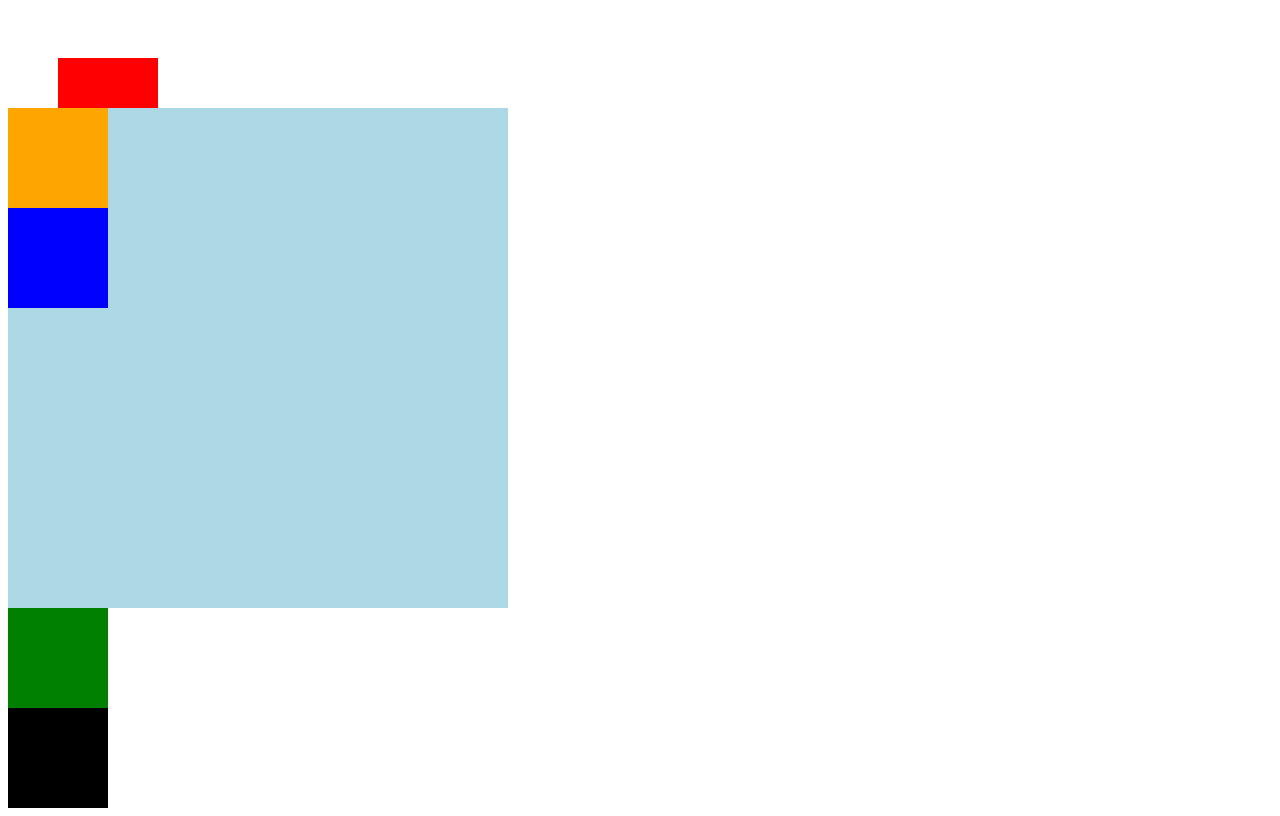
Repository: andiausrust/css-traversy
Page: positioning/index.html
These files come from the project's save history. The page is drawn as it stood at one moment and after the next save; the edit follows.
The browser window is 1280 px wide. The pictures show the whole page.

Above is the page before, as saved 2020-08-21 08:01:03.

### positioning/index.html
<!DOCTYPE html>
<html lang="en">
    <head>
        <meta charset="UTF-8" />
        <meta name="viewport" content="width=device-width, initial-scale=1.0" />
        <link rel="stylesheet" href="./css/style.css" />
        <title>Positioning</title>
    </head>
    <body>
        <div id="box-1" class="box"></div>
        <div class="container">
            <div id="box-2" class="box"></div>
            <div id="box-3" class="box"></div>
        </div>
        <div id="box-4" class="box"></div>
        <div id="box-5" class="box"></div>
    </body>
</html>

### positioning/css/style.css
.box {
    width: 100px;
    height: 100px;
}

#box-1 {
    position: relative;
    top: 50px;
    left: 50px;
    background: red;
}

.container {
    width: 500px;
    height: 500px;
    position: relative;
    background-color: lightblue;
}

#box-2 {
    background: orange;
}

#box-3 {
    background: blue;
}

#box-4 {
    background: green;
}

#box-5 {
    background: black;
}

After the next save:
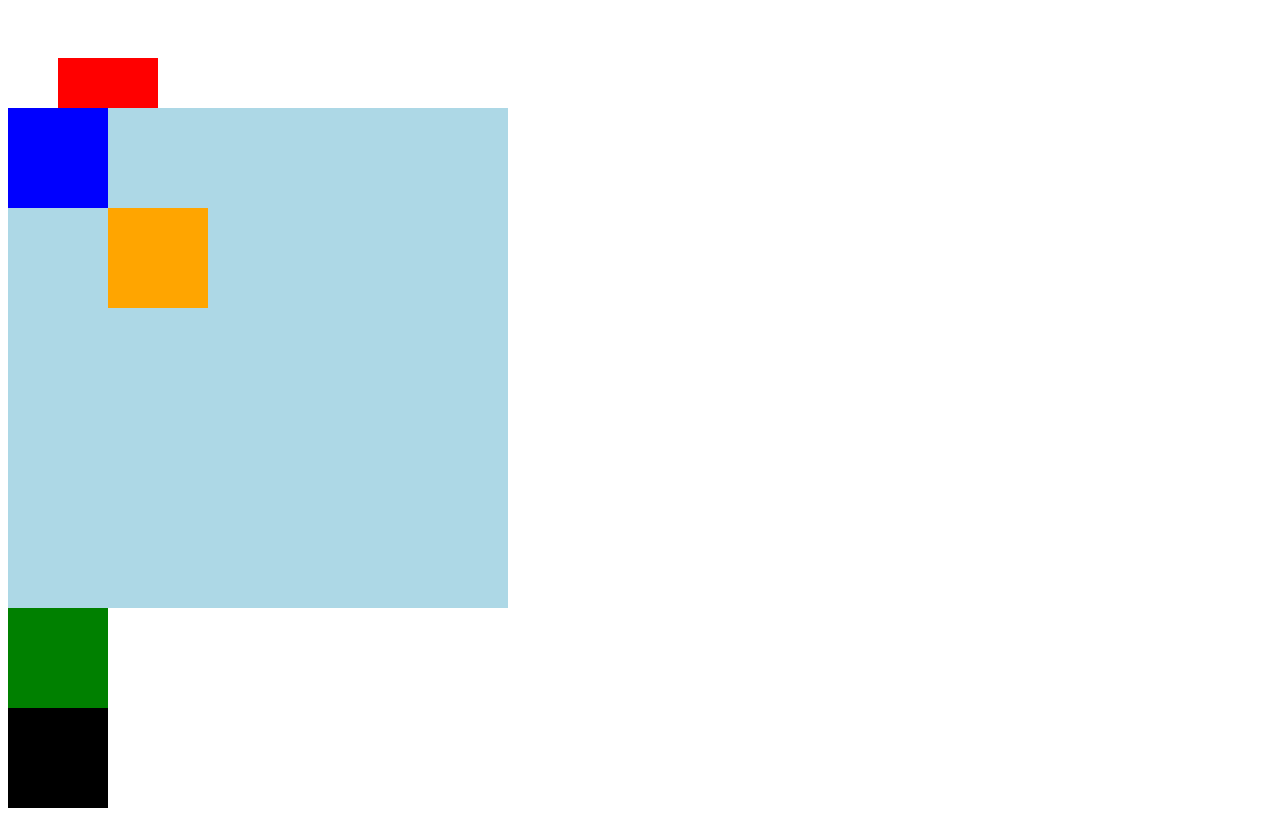
Saved 42 s later.
--- a/positioning/css/style.css
+++ b/positioning/css/style.css
@@ -18,6 +18,9 @@
 }
 
 #box-2 {
+    position: absolute;
+    top: 100px;
+    left: 100px;
     background: orange;
 }
 
